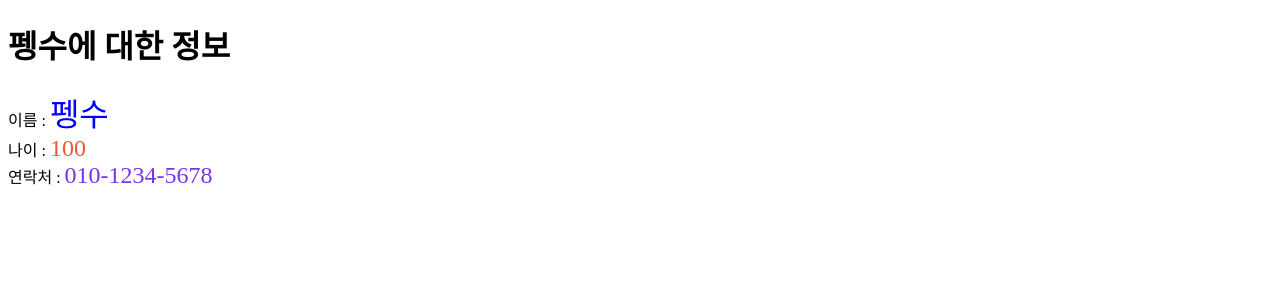
Repository: ujin2021/jsp_study
Page: jsp01/WebContent/me2.html
An editor plug-in stored every save of this project. The page is shown before and after the next save, followed by the edit.
The browser window is 1280 px wide. The pictures show the whole page.

Above is the page before, as saved 2020-01-11 07:51:53.

After the next save:
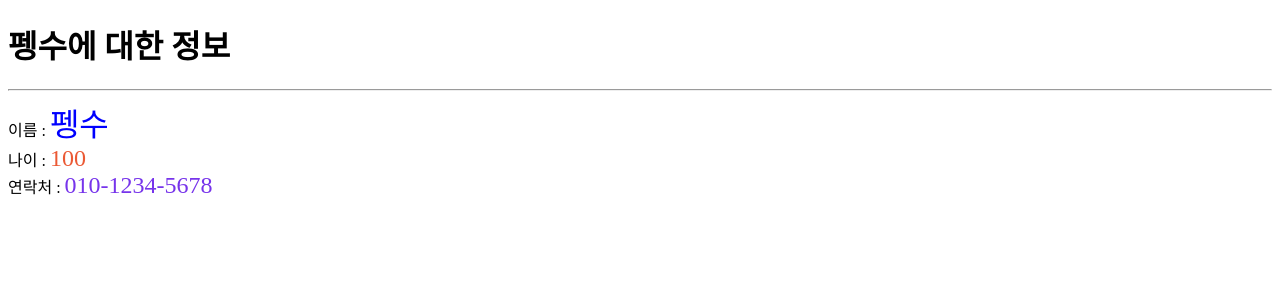
Saved 88 s later.
--- a/jsp01/WebContent/me2.html
+++ b/jsp01/WebContent/me2.html
@@ -5,7 +5,10 @@
 <title>Insert title here</title>
 </head>
 <body>
-<h1>펭수에 대한 정보</h1><!-- header 제목용 -->
+<h1>펭수에 대한 정보</h1>
+<!-- header 제목용 -->
+<!-- 옆에 다른 것이 오게 할 수 없다. -->
+<hr>
 이름 : <font color="blue" size="6">펭수</font> <br>
 나이 : <font color="#eb5934" size="5">100</font> <br>
 연락처 : <font color="#7734eb" size="5">010-1234-5678</font> <br>
